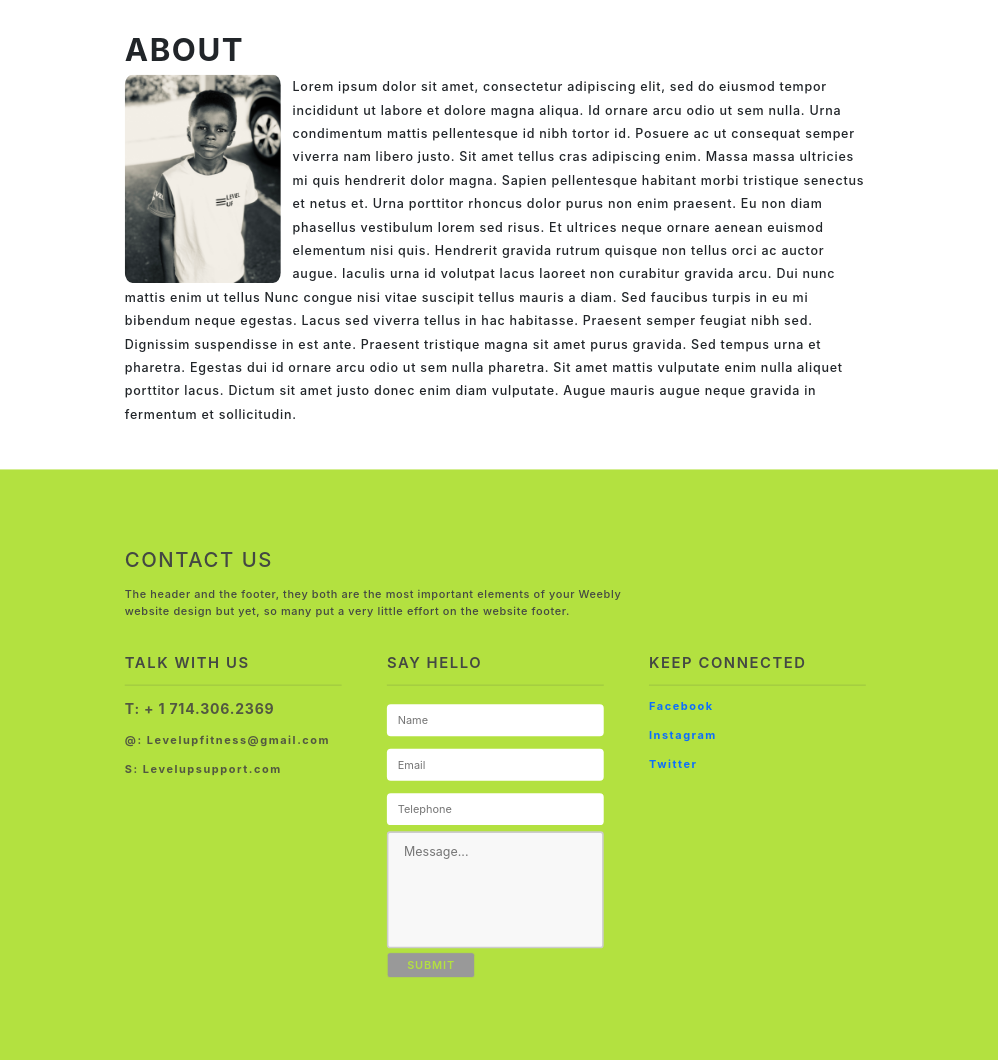
Repository: Bojurie/Level-up
Page: /about (app in client/)
The author's editor kept a copy of each file at every save. The page is drawn from the files as they stood at one save, then again after the next save.
The browser window is 1280 px wide. The pictures show the part of the page from y = 346 to 1845 px (the page is 1705 px tall before and 1845 px after), at 78% of full size.
Some web fonts or font styles are not loaded; a fallback is used. Some web libraries are served in a nearby version. The project was rebuilt for these pictures with package versions that can differ from the ones it lists, and the page was loaded fresh each time. Also part of the build but not shown: client/src/components/Carousel.js, client/src/components/HomeVlog.css, client/src/components/HomeVlog.js, client/src/components/homeProducts.css, client/src/components/HomeProducts.js, client/src/components/Card.js, client/src/components/HomeShop.css, client/src/components/HomeShop.js and 10 more. Imported but missing from the stored project, and not drawn on this page: client/src/components/Chart.

Above is the page before, as saved 2022-11-30 04:10:53.

### client/public/index.html
<!DOCTYPE html>
<html lang="en">
  <head>
    <meta charset="utf-8" />
    <link rel="icon" href="%PUBLIC_URL%/favicon.ico" />
    <meta name="viewport" content="width=device-width, initial-scale=1" />
    <meta name="theme-color" content="#000000" />
    <meta
      name="description"
      content="Web site created using create-react-app"
    />
    <link rel="apple-touch-icon" href="%PUBLIC_URL%/logo192.png" />
    <link rel="manifest" href="%PUBLIC_URL%/manifest.json" />

    <link rel="preconnect" href="https://fonts.googleapis.com" />
    <link rel="preconnect" href="https://fonts.gstatic.com" crossorigin />
    <link
      href="https://fonts.googleapis.com/css2?family=Asap+Condensed:ital,wght@0,400;0,500;1,400&family=Chivo:wght@300;400&family=Jura:wght@300;400;500;600;700&family=Lato:ital,wght@0,400;0,700;1,400&family=Nunito+Sans:wght@400;600&family=Oswald:wght@300;500;700&family=Playball&family=Roboto:ital,wght@0,400;0,500;1,500&family=Wallpoet&display=swap"
      rel="stylesheet"
    />

    <link
      rel="stylesheet"
      href="https://cdn.jsdelivr.net/npm/bootstrap@5.1.3/dist/css/bootstrap.min.css"
      integrity="sha384-1BmE4kWBq78iYhFldvKuhfTAU6auU8tT94WrHftjDbrCEXSU1oBoqyl2QvZ6jIW3"
      crossorigin="anonymous"
    />
    <script
      src="https://kit.fontawesome.com/5ffdb52964.js"
      crossorigin="anonymous"
    ></script>
    <title>React App</title>
    <script
      src="https://kit.fontawesome.com/5ffdb52964.js"
      crossorigin="anonymous"
    ></script>
  </head>
  <body>
    <noscript>You need to enable JavaScript to run this app.</noscript>
    <div id="root"></div>
    <!--
      This HTML file is a template.
      If you open it directly in the browser, you will see an empty page.

      You can add webfonts, meta tags, or analytics to this file.
      The build step will place the bundled scripts into the <body> tag.

      To begin the development, run `npm start` or `yarn start`.
      To create a production bundle, use `npm run build` or `yarn build`.
    -->
  </body>
</html>

### client/src/App.js
import React from 'react';
// import { BrowserRouter as Router, Route, Routes } from 'react-router-dom';
import { BrowserRouter as Router, Route, Routes} from 'react-router-dom'


import Home from './pages/Home';
import About from './pages/About';
import Shop from './pages/Shop';
import Contact from './pages/Contact';
import Navbar from './components/Navbar';
import Footer from './components/Footer';
import LogIn from './pages/LogIn';
import Register from './pages/Register';
import Chart from './components/Chart';
import Vlog from './pages/Vlog';

import {DataProvider} from './components/Context'


function App() {

  return (
        <Router>
          <DataProvider>
          <Navbar />
          <Routes>
              <Route path='/' element={<Home />} />
              <Route path='/about' element={<About />} />
              <Route path='/contact' element={<Contact />} />
              <Route path='/shop' element={<Shop />} />
              <Route path='/vlog' element={<Vlog />} />
              <Route path='/login' element={<LogIn/>} />
              <Route path='/register' element={<Register />} />
              <Route path='/chart' element={<Chart/>} />
          </Routes>
          <Footer />
          </DataProvider>
        </Router>
  );
}

export default App;

### client/src/pages/About.js
import React from 'react';
import './About.css';

import DarkImage from '../images/IMG_5367.jpg'
import { FormTitle } from '../components/FormTitle';
const imgse = DarkImage;

const About = () => {
  const paragraph = "Lorem ipsum dolor sit amet, consectetur adipiscing elit, sed do eiusmod tempor incididunt ut labore et dolore magna aliqua. Id ornare arcu odio ut sem nulla. Urna condimentum mattis pellentesque id nibh tortor id. Posuere ac ut consequat semper viverra nam libero justo. Sit amet tellus cras adipiscing enim. Massa massa ultricies mi quis hendrerit dolor magna. Sapien pellentesque habitant morbi tristique senectus et netus et. Urna porttitor rhoncus dolor purus non enim praesent. Eu non diam phasellus vestibulum lorem sed risus. Et ultrices neque ornare aenean euismod elementum nisi quis. Hendrerit gravida rutrum quisque non tellus orci ac auctor augue. Iaculis urna id volutpat lacus laoreet non curabitur gravida arcu. Dui nunc mattis enim ut tellus   Nunc congue nisi vitae suscipit tellus mauris a diam. Sed faucibus turpis in eu mi bibendum neque egestas. Lacus sed viverra tellus in hac habitasse. Praesent semper feugiat nibh sed. Dignissim suspendisse in est ante. Praesent tristique magna sit amet purus gravida. Sed tempus urna et pharetra. Egestas dui id ornare arcu odio ut sem nulla pharetra. Sit amet mattis vulputate enim nulla aliquet porttitor lacus. Dictum sit amet justo donec enim diam vulputate. Augue mauris augue neque gravida in fermentum et sollicitudin."
  return (
    <div className='about'>
    <FormTitle className="sign-in-form__title" text="About Us " />
      <div className=''>
          <div className='aboutContainer'>
            <h1>About</h1>
            <div className='aboutContent'>
              <div className='aboutParagraph'>
                <img src={imgse} alt='pic '/>
                <p>{paragraph}</p>
              </div>
            </div>
          </div>
      </div>
    </div>
  );
}

export default About;

### client/src/components/Navbar.js
import React from 'react';
import { Link } from 'react-router-dom';

import './Navbar.css'
import Logo from '../images/Logo.png'



const Navbar = () => {
  return (
    <nav className='navbar'>
      <div className='navbar-wrapper'>
        <Link to='/' className='logo'>
            <img src={Logo} alt='logo' />
        </Link>
        <ul className='navbar-links'>
            <Link to='/' >Home </Link>
            <Link to='/shop'> Shop</Link>
            <Link to='/Vlog'> V-Log</Link>
            <Link to='/about'> About</Link>
            <Link to='/contact'> Contact</Link>
            <Link to='/login'> Login </Link>
            <Link to='/register'>SignUp</Link>
            <Link to='/chart'><i class="fa-solid fa-cart-shopping"></i></Link>

        </ul>
      </div>

    </nav>
  );
}

export default Navbar;

### client/src/components/Footer.js
import React from 'react';
import { Link } from 'react-router-dom';
  import { FontAwesomeIcon } from '@fortawesome/react-fontawesome'
  import { instagram } from '@fortawesome/free-solid-svg-icons'

import './Footer.css';

const Footer = () => {
  return (
    <div className='footer'>
      <div className='footer-wrapper'>
        <div className='footer-header-wrapper'>
          <div className='footer-header'>
            <h1>Contact Us</h1>
          </div>
          <div className='footer-paragraph'>
            <p>The header and the footer, they both are the most important elements of your Weebly website design but yet, so many put a very little effort on the website footer.</p>
          </div>

        </div>
        <div className='footer-nav-content'>
            <div className='footer-navs-left'>
              <h3>Talk With Us</h3><hr/>
              <div className='footer-contact'>
                <div className='tel'>
                  <p>T: + 1 714.306.2369</p>
                </div>
                <div className='email'>
                  <p>@: Levelupfitness@gmail.com</p>
                </div>
                <div className='support'>
                  <p>S: Levelupsupport.com</p>
                </div>

              </div>

            </div>
            <div className='footer-navs-middle'>
                <h3>Say Hello</h3><hr/>
              <div className='footer-form'>

                  <form className='form'>
                    <input type='text' placeholder=' Name' />
                    <input type='text' placeholder=' Email' />
                    <input type='text' placeholder=' Telephone' />
                    <textarea placeholder='Message...' />
                  </form>
                  <div className='form-btn'>
                    <input type='submit' placeholder='' />
                  </div>

              </div>
            </div>
            <div className='footer-navs-right'>
              <h3>Keep Connected</h3><hr/>
              <div className='social-media'>
                <p><Link to='/'>Facebook</Link></p>
                <p><Link to='/'><FontAwesomeIcon icon="fa-brands fa-instagram" /> Instagram</Link></p>
                <p><Link to='/'>Twitter</Link></p>

              </div>

            </div>
        </div>


      </div>
    </div>
  );
}

export default Footer;

### client/src/components/Context.js
import React,{Component} from 'react';
export const DataContext = React.createContext();

export class DataProvider extends Component {
  constructor(props) {
    super(props)

    this.state = {
       products: [
         {
          "_id": "1",
          "title": "Level-Up Sweat Pant",
          "src": "https://images.unsplash.com/photo-1618354691373-d851c5c3a990?ixlib=rb-1.2.1&ixid=MnwxMjA3fDB8MHxwaG90by1wYWdlfHx8fGVufDB8fHx8&auto=format&fit=crop&w=658&q=80",
          "description": "Classic fit for running and outdoor activities.",
          "price": 39,
          "colors": ["red", "blue", "black"],
          "count": 2,
         },
         {
          "_id": "2",
          "title": "Kids Level-Up SweatPant",
          "src": "https://images.unsplash.com/flagged/photo-1555895312-bbc472c964f3?ixlib=rb-1.2.1&ixid=MnwxMjA3fDB8MHxwaG90by1wYWdlfHx8fGVufDB8fHx8&auto=format&fit=crop&w=388&q=80",
          "description": "Kids track sweatsuit for running or leisure activities",
          "price": 20,
          "colors": ["red", "blue", "black"],
          "count": 2,
         },
         {
          "_id": "3",
          "title": "Level Up Tank Top",
          "src": "https://images.unsplash.com/photo-1618354691373-d851c5c3a990?ixlib=rb-1.2.1&ixid=MnwxMjA3fDB8MHxwaG90by1wYWdlfHx8fGVufDB8fHx8&auto=format&fit=crop&w=658&q=80",
          "description": "description",
          "price": 20,
          "colors": ["red", "blue", "black"],
          "count": 2,
         },
         {
          "_id": "4",
          "title": "Level Up T-Shirt",
          "src": "https://images.unsplash.com/photo-1618354691373-d851c5c3a990?ixlib=rb-1.2.1&ixid=MnwxMjA3fDB8MHxwaG90by1wYWdlfHx8fGVufDB8fHx8&auto=format&fit=crop&w=658&q=80",
          "description": "description",
          "price": 20,
          "colors": ["red", "blue", "black"],
          "count": 2,
         },
         {
          "_id": "5",
          "title": "Level Up Sweater",
          "src": "https://images.unsplash.com/photo-1618354691373-d851c5c3a990?ixlib=rb-1.2.1&ixid=MnwxMjA3fDB8MHxwaG90by1wYWdlfHx8fGVufDB8fHx8&auto=format&fit=crop&w=658&q=80",
          "description": "description",
          "price": 20,
          "colors": ["red", "blue", "black"],
          "count": 2,
         },
         {
          "_id": "6",
          "title": "Level Up Embroidery Shirt",
          "src": "https://images.unsplash.com/photo-1618354691373-d851c5c3a990?ixlib=rb-1.2.1&ixid=MnwxMjA3fDB8MHxwaG90by1wYWdlfHx8fGVufDB8fHx8&auto=format&fit=crop&w=658&q=80",
          "description": "description",
          "price": 20,
          "colors": ["red", "blue", "black"],
          "count": 2,
         },
       ]
    }
  }

  render(){
    const {products} = this.state;
    return(
      <DataContext.Provider value={{products}}>
        {this.props.children}
      </DataContext.Provider>
    )
  }
}
export default DataProvider;

### client/src/pages/About.css


.aboutContainer h1 {
  text-transform: uppercase;
  font-weight: bold;
  letter-spacing: 2px;
}

.aboutContainer {
  padding: 40px 160px;
}

.aboutParagraph p {
  letter-spacing: 1px;
  line-height: 30px;
  font-weight: 500;
}

.aboutParagraph img {
 width: 200px;
  border-radius: 5%;
  float: left;
  margin: 0 15px 0 0;
}

/* .aboutContent {
  display: flex;
  width: 100%;
} */

### client/src/components/FormTitle.js
import React from "react";
import './FormTitle.css';

export function FormTitle(props) {
  const { className, text } = props;
  return <h1 className={`${className} form-title`}>{text}</h1>;
}

### client/src/components/Navbar.css
.logo img {
  width: 250px;
}

.navbar {
  padding-top: 0;
  display: contents;
}

.navbar-wrapper {
  display: flex;
  /* justify-content: center; */
  align-items: center;
  height: 90px;
  background: #b3e140;
  padding: 0 50px;
  justify-content: space-between;
}

.navbar-links {
  margin-bottom: 0;
}

.navbar-links a {
  font-size: 14px;
  letter-spacing: 2px;
  font-weight: 700;
  text-transform: uppercase;
  margin: 0 10px;
  color: rgb(68, 72, 67);

}

a {
  list-style: none;
  text-decoration: none;
}

### client/src/components/Footer.css
.footer {
  background-color: #b3e140;
      font-size: 14px;
    letter-spacing: 2px;
    font-weight: 700;

    color: rgb(68, 72, 67);
}
.footer-header h1 {
 font-size: 26px;
 text-transform: uppercase;
 letter-spacing: 2px;
}

.footer-navs {
  text-decoration: none;
  list-style-type: none;

}
.footer-navs li{
  padding: 10px 0;
  letter-spacing: 1px;
  text-transform: uppercase;
  font-weight: 600;

}
.footer-wrapper {
  padding: 100px 160px;
}

.footer-contact {



}
.footer-nav-content p {
 color: #424141db;
}
.footer-contact > .tel p{
    font-size: 18px;
    letter-spacing: 1px;

}
.footer-contact > .email p{
    font-size: 14px;
    /* letter-spacing: 2px; */
}
.footer-contact > .support p{
    font-size: 14px;
    letter-spacing: 2px;
}
.footer-paragraph {
  width: 70%;
  letter-spacing: .8px;
  font-weight: 500;
  padding: 10px 0;
}
.footer-wrapper h3{
 text-transform: uppercase;
 letter-spacing: 2px;
 font-size: 19px;
 font-weight: 600;

}

.footer-nav-content {
  display: flex;
  justify-content: space-between;
}



.footer-navs-left,
.footer-navs-middle,
.footer-navs-right{

  padding: 20px 10px 0 0;
  border-radius: 10px;
}

.footer-form {
  background-color: none !important;
}

/* footer Left section */
.footer-navs-left {
  width: 30%;
}

/* footer Middle section */
.footer-navs-middle {
 width: 30%;
}

.form {
  display: grid;
}
.form input {
  padding: 10px ;
  margin: 8px 0;
  border-radius: 5px;
  border: none;
}
.form input:focus {
  border: none;
}

.form textarea {
   width: 100%;
  height: 150px;
  padding: 12px 20px;
  box-sizing: border-box;
  border: 2px solid #ccc;
  border-radius: 4px;
  background-color: #f8f8f8;
  font-size: 16px;
  resize: none;
}
.form input:active {

  border: 1px solid rgb(241, 234, 234);

}
.form-btn {

}
.form-btn input {
     padding: 5px 25px;
    margin: 5px 0;
    border-radius: 4px;
    background-color: #999999;
    border: 1px solid  #b3e140;
    color: #b3e140;
    letter-spacing: 1.1px;
    font-weight: 600;
    text-transform: uppercase;
}

.footer-navs-right {
  width: 30%;
}

### client/src/components/Carousel.css
 .d-block {
   width: 100%;
   /* object-fit: cover; */
   /* object-position: 50% 50%; */
   /* background-size: contain;
   background-repeat: no-repeat; */
 }


 img {

   max-width: 100%;
   max-height: 100%;
   object-fit: cover;
   background-repeat: no-repeat;
 }

 .carousel-item img {
   width: 1000px;
   height: 500px;
 }

 .carousel-caption {
   top: 50%;
 }

 .carousel {
   object-fit: contain;
 }

### client/src/components/FormTitle.css
.form-title {
  font-size: 3rem;
  font-weight: 700;
  line-height: 2rem;
  margin: auto 0;
  color: white;
  background-image: url('https://images.unsplash.com/photo-1581397867105-8c988bd747e6?ixlib=rb-4.0.3&ixid=MnwxMjA3fDB8MHxwaG90by1wYWdlfHx8fGVufDB8fHx8&auto=format&fit=crop&w=1170&q=80') ;
    background-repeat: no-repeat;
  background-position: center;
  background-size: cover;
  padding: 7rem 0 7rem 10rem;
  letter-spacing: 5px;
  text-transform: uppercase;
  display: flex;
  justify-content: flex-start;

}
.form-title h1{


}


.shopForm-title {
 font-size: 3rem;
  font-weight: 700;
  line-height: 2rem;
  letter-spacing: 5px;
  text-transform: uppercase;
  display: flex;
  margin: auto 0;
   background-image: url('https://images.unsplash.com/photo-1581397867105-8c988bd747e6?ixlib=rb-4.0.3&ixid=MnwxMjA3fDB8MHxwaG90by1wYWdlfHx8fGVufDB8fHx8&auto=format&fit=crop&w=1170&q=80') ;
    background-repeat: no-repeat;
  background-position: center;
  background-size: cover;

  padding: 7rem 0 7rem 10rem;
  justify-content: flex-start;

}
.FormTitleLogin-title {
  font-size: 3rem;
  font-weight: 700;
  line-height: 2rem;
  padding: 6rem 0;
  letter-spacing: 5px;
  text-transform: uppercase;
  display: flex;
  justify-content: center;
  margin: auto 0;
   background-image: url('https://images.unsplash.com/photo-1609770231080-e321deccc34c?ixlib=rb-4.0.3&ixid=MnwxMjA3fDB8MHxwaG90by1wYWdlfHx8fGVufDB8fHx8&auto=format&fit=crop&w=765&q=80') ;
    background-repeat: no-repeat;
  background-position: center;
  background-size: cover;

}
.ContactForm-title {
 font-size: 3rem;
  font-weight: 700;
  line-height: 2rem;
  text-transform: uppercase;
  display: flex;
  margin: auto 0;
   background-image: url('https://images.unsplash.com/photo-1587560699334-bea93391dcef?ixlib=rb-4.0.3&ixid=MnwxMjA3fDB8MHxwaG90by1wYWdlfHx8fGVufDB8fHx8&auto=format&fit=crop&w=1170&q=80') ;
    background-repeat: no-repeat;

 padding: 7rem 0 7rem 10rem;
  letter-spacing: 5px;
  justify-content: flex-start;

}
.RegisterForm-title {
  font-size: 3rem;
  font-weight: 700;
  line-height: 2rem;
  padding: 6rem 0;
  letter-spacing: 5px;
  text-transform: uppercase;
  display: flex;
  justify-content: center;
  margin: auto 0;
   background-image: url('https://images.unsplash.com/photo-1563906267088-b029e7101114?ixlib=rb-4.0.3&ixid=MnwxMjA3fDB8MHxwaG90by1wYWdlfHx8fGVufDB8fHx8&auto=format&fit=crop&w=1170&q=80') ;
    background-repeat: no-repeat;
  /* background-position: bottom; */
  /* background-size: cover; */
    /* background-attachment: */


}
.VlogForm_title h1{


}
.VlogForm_title {
  /* font-size: 3rem;
  font-weight: 700;
  line-height: 2rem; */
  padding: 7rem 0 7rem 10rem;
  letter-spacing: 5px;
  text-transform: uppercase;
  display: flex;
  justify-content: flex-start;
  margin: auto 0;
   background-image: url('https://images.unsplash.com/photo-1440778303588-435521a205bc?ixlib=rb-4.0.3&ixid=MnwxMjA3fDB8MHxwaG90by1wYWdlfHx8fGVufDB8fHx8&auto=format&fit=crop&w=1470&q=80') ;
    background-repeat: no-repeat;
  background-position: center;
  background-size: cover;

}

@media screen and (max-width: 414px) {
  .form-title {
    padding: 4rem 1rem;

  }

}

### client/src/components/auth/LoginForm.css
.loginForm-wrapper {
  text-align: center;
    justify-content: center;
    width: 600px;
    margin: auto;
    padding: 90px 0;

}
.login-header {
  text-transform: uppercase;
  letter-spacing: 2px;
  font-weight: 600;
}


form {
  display: grid;
}

.loginForm-header {
  font-size: 20px;
}

.loging
form input {
  margin: 5px 0;
  padding: 10px;
  border-radius: 10px;
  border: 1px solid white;
  background-color: rgba(243, 247, 255, 0.715) !important;
}
form input:focus{
  border: 2px solid green;
}
form > .loginBtn > input{
  padding: 8px;
  width: 100%;
  background-color:#999999!important;
  color: #ccf368;
  font-weight: 700;
  border: none;
  margin:5px 0 ;
  font-size: 20px;
  letter-spacing: 3px;
}

### client/src/components/auth/registerForm.css

.registerForm-wrapper {
  text-align: center;
    justify-content: center;
    width: 600px;
    margin: auto;
    padding: 90px 0;

}
.login-header {
  text-transform: uppercase;
  letter-spacing: 2px;
  font-weight: 600;
}


form {
  display: grid;
}

.loginForm-header {
  font-size: 20px;
}

.register
form input {
  margin: 5px 0;
  padding: 10px;
  border-radius: 10px;
  border: 1px solid white;

}
form input:focus{
  border: 2px solid green;
}
form > .loginBtn > input{
  padding: 8px;
  width: 100%;
  background-color: #b3e140 !;
  border: none;
  margin:5px 0 ;
}

Loaded but not shown: client/src/index.js (common file); client/src/index.css (common file)

After the next save:
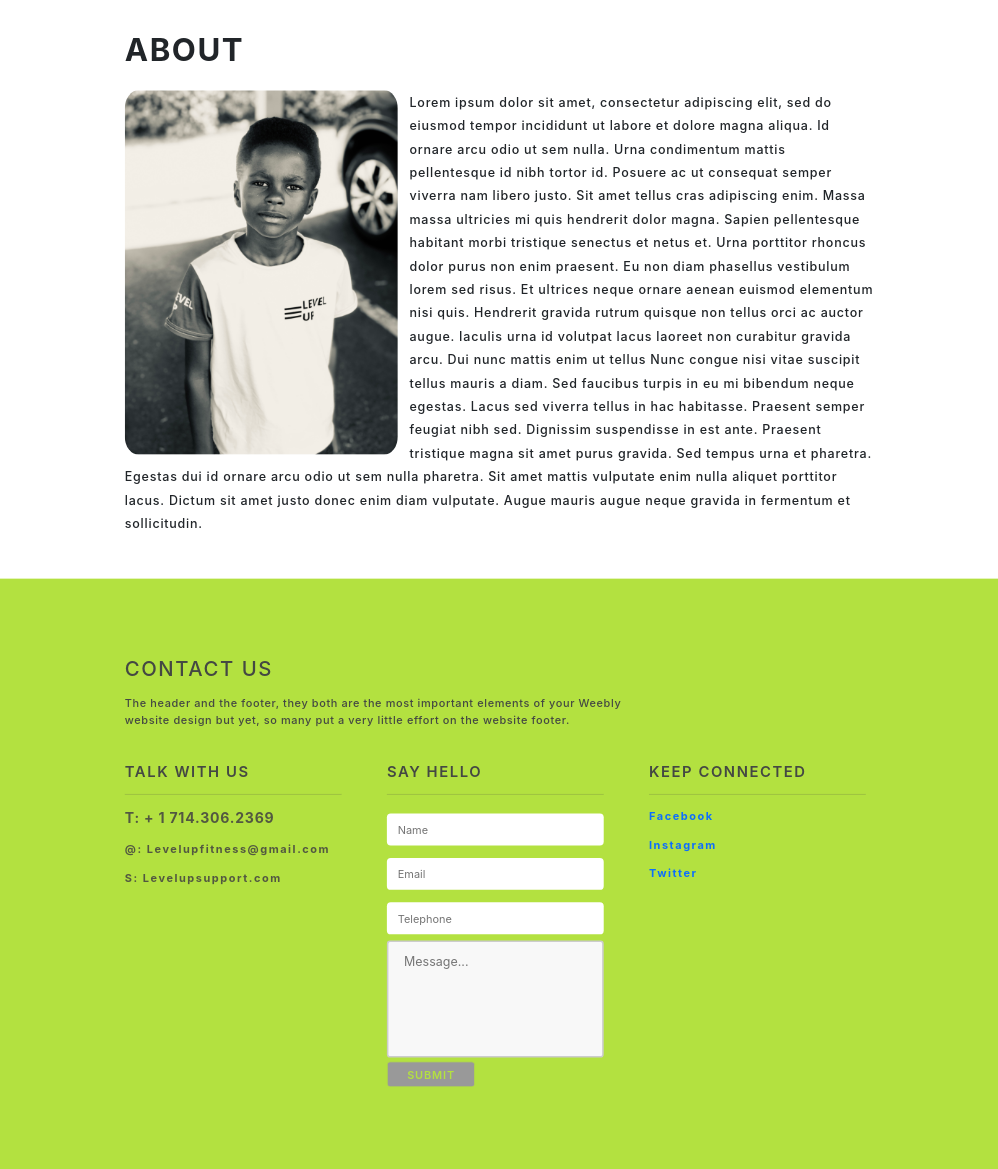
Saved 3 min 44 s later.
--- a/client/src/pages/About.css
+++ b/client/src/pages/About.css
@@ -1,6 +1,7 @@
 
 
 .aboutContainer h1 {
+  padding: 0 0 20px 0;
   text-transform: uppercase;
   font-weight: bold;
   letter-spacing: 2px;
@@ -17,7 +18,7 @@
 }
 
 .aboutParagraph img {
- width: 200px;
+ width: 350px;
   border-radius: 5%;
   float: left;
   margin: 0 15px 0 0;
